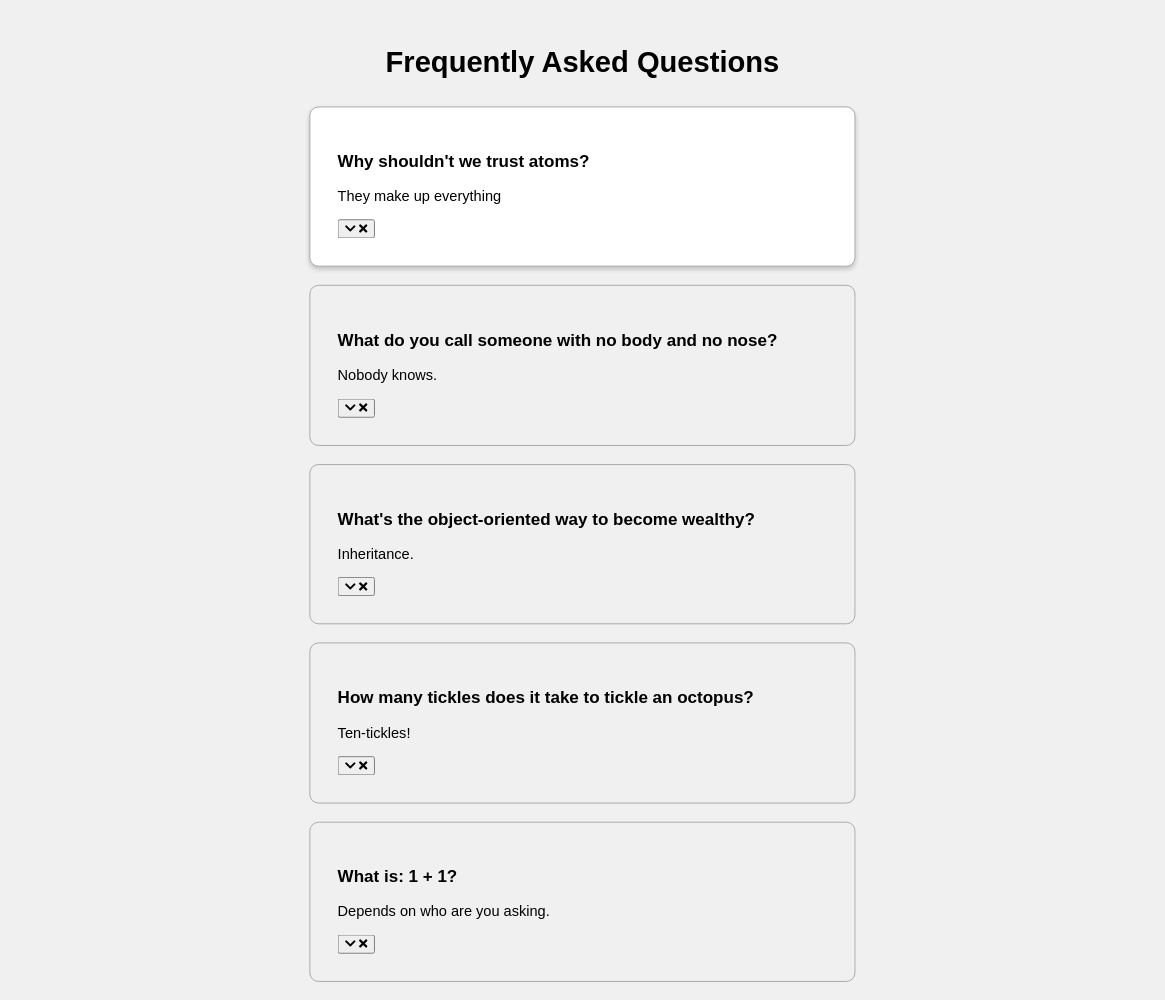
Repository: Williamlmachado/F.A.Q
Page: index.html
An editor plug-in stored every save of this project. The page is shown before and after the next save, followed by the edit.
The browser window is 1280 px wide. The pictures show the whole page, at 91% of full size.
Some web fonts or font styles are not loaded; a fallback is used. Some web libraries are served in a nearby version.

Above is the page before, as saved 2021-08-23 09:19:40.

### index.html
<!DOCTYPE html>
<html lang="en">
  <head>
    <meta charset="UTF-8" />
    <meta name="viewport" content="width=device-width, initial-scale=1.0" />
    <link rel="stylesheet" href="https://cdnjs.cloudflare.com/ajax/libs/font-awesome/5.14.0/css/all.min.css" integrity="sha512-1PKOgIY59xJ8Co8+NE6FZ+LOAZKjy+KY8iq0G4B3CyeY6wYHN3yt9PW0XpSriVlkMXe40PTKnXrLnZ9+fkDaog==" crossorigin="anonymous" />
    <link rel="stylesheet" href="style.css" />
    <title>FAQ</title>
  </head>
  <body>
    <h1>Frequently Asked Questions</h1>
    <div class="faq-container">
      <div class="faq active">
        <h3 class="faq-title">
          Why shouldn't we trust atoms?
        </h3>

        <p class="faq-text">
          They make up everything
        </p>

        <button class="faq-toggle">
          <i class="fas fa-chevron-down"></i>
          <i class="fas fa-times"></i>
        </button>
      </div>

      <div class="faq">
        <h3 class="faq-title">
          What do you call someone with no body and no nose?
        </h3>
        <p class="faq-text">
          Nobody knows.
        </p>
        <button class="faq-toggle">
          <i class="fas fa-chevron-down"></i>
          <i class="fas fa-times"></i>
        </button>
      </div>

      <div class="faq">
        <h3 class="faq-title">
          What's the object-oriented way to become wealthy?
        </h3>
        <p class="faq-text">
          Inheritance.
        </p>
        <button class="faq-toggle">
          <i class="fas fa-chevron-down"></i>
          <i class="fas fa-times"></i>
        </button>
      </div>

      <div class="faq">
        <h3 class="faq-title">
          How many tickles does it take to tickle an octopus?
        </h3>
        <p class="faq-text">
          Ten-tickles!
        </p>
        <button class="faq-toggle">
          <i class="fas fa-chevron-down"></i>
          <i class="fas fa-times"></i>
        </button>
      </div>

      <div class="faq">
        <h3 class="faq-title">
          What is: 1 + 1?
        </h3>
        <p class="faq-text">
          Depends on who are you asking.
        </p>
        <button class="faq-toggle">
          <i class="fas fa-chevron-down"></i>
          <i class="fas fa-times"></i>
        </button>
      </div>
    </div>
    <script src="script.js"></script>
  </body>
</html>

### style.css
@import url('https://fonts.googleapis.com/css?family=Muli&display=swap');

* {
  box-sizing: border-box;
}

body {
  font-family: 'Muli', sans-serif;
  background-color: #f0f0f0;
}

h1 {
  margin: 50px 0 30px;
  text-align: center;
}

.faq-container {
  max-width: 600px;
  margin: 0 auto;
}
.faq{
    background-color: transparent;
    border: 1px solid #9fa4a8;
    border-radius: 10px;
    margin: 20px 0;
    padding: 30px;
    position: relative;
    overflow: hidden;
    transition: 0.3s ease;
}
.faq.active{
    background-color: #fff;
    box-shadow: 0 3px 6px rgba(0, 0, 0, 0.1), 0 3px 6px rgba(0, 0, 0, 0.1);
}
.faq.active::before
.faq.active::after{
    content: '\f075';
    font-family: 'Font Awesome 5 Free';
    color: #2ecc71;
    font-size: 7rem;
    position: absolute;
    opacity: 0.2;
    top: 20px;
    left: 20px;
    z-index: 0;
}
.faq.active::before{
    color:#3498db;
    top: -10px;
    left:-30px;
}

Loaded but not shown: script.js (no copy from this time; the picture is the same without it)

After the next save:
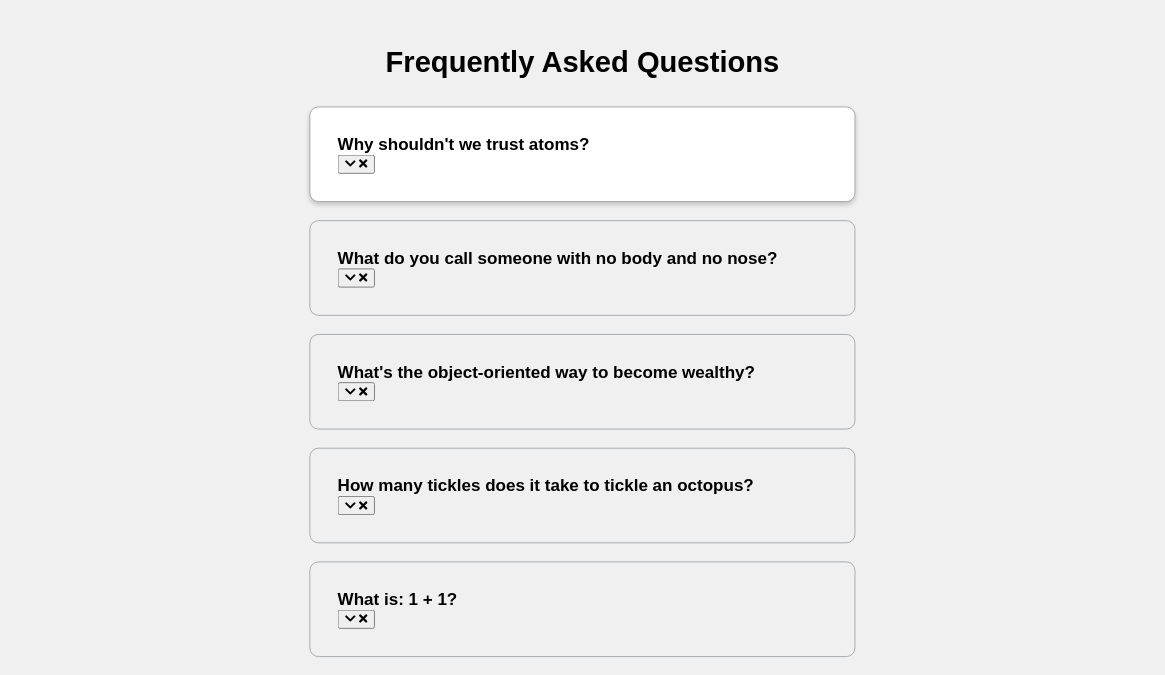
Saved 76 s later.
--- a/style.css
+++ b/style.css
@@ -48,4 +48,12 @@ h1 {
     color:#3498db;
     top: -10px;
     left:-30px;
+    transform: rotateY(180deg);
 }
+.faq-title{
+    margin: 0 35px 0 0;
+}
+.faq-text{
+    display: none;
+    margin: ;
+}
